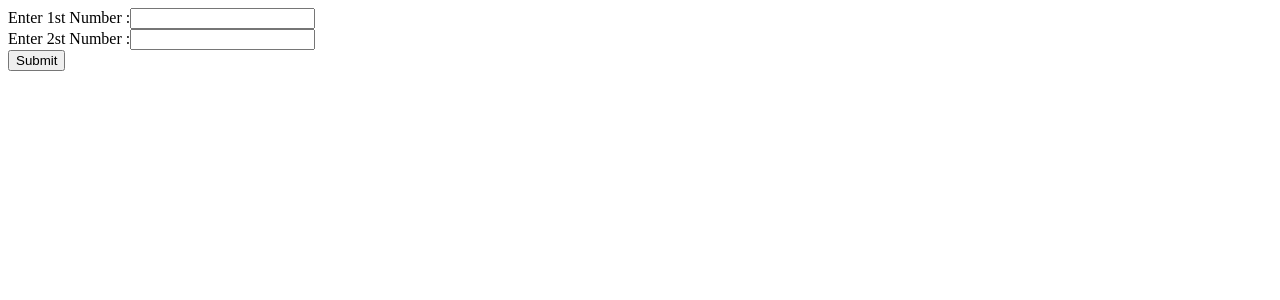
Repository: Shree50/ArisGlobal_Dev_Track
Page: http://localhost/AddJSP/
An editor plug-in stored every save of this project. The page is shown before and after the next save, followed by the edit.
The browser window is 1280 px wide. The pictures show the whole page.
The page is served by Tomcat 9.

Above is the page before, as saved 2021-12-11 14:20:28.

After the next save:
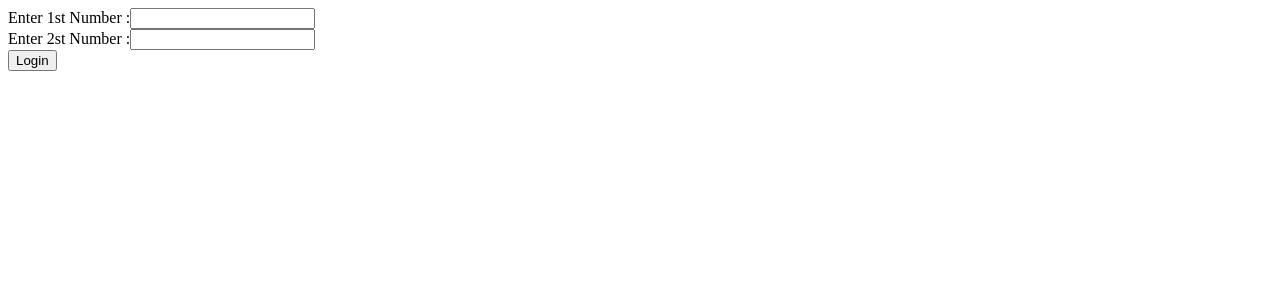
Saved 2 min 45 s later.
--- a/AddJSP/src/main/webapp/index.jsp
+++ b/AddJSP/src/main/webapp/index.jsp
@@ -13,7 +13,7 @@ Enter 1st Number :<input type="text" name="num1">
 <br>
 Enter 2st Number :<input type="text" name="num2">
 <br>
-<input type="submit">
+<button type="submit">Login</button>
 
 </form>
 </body>
